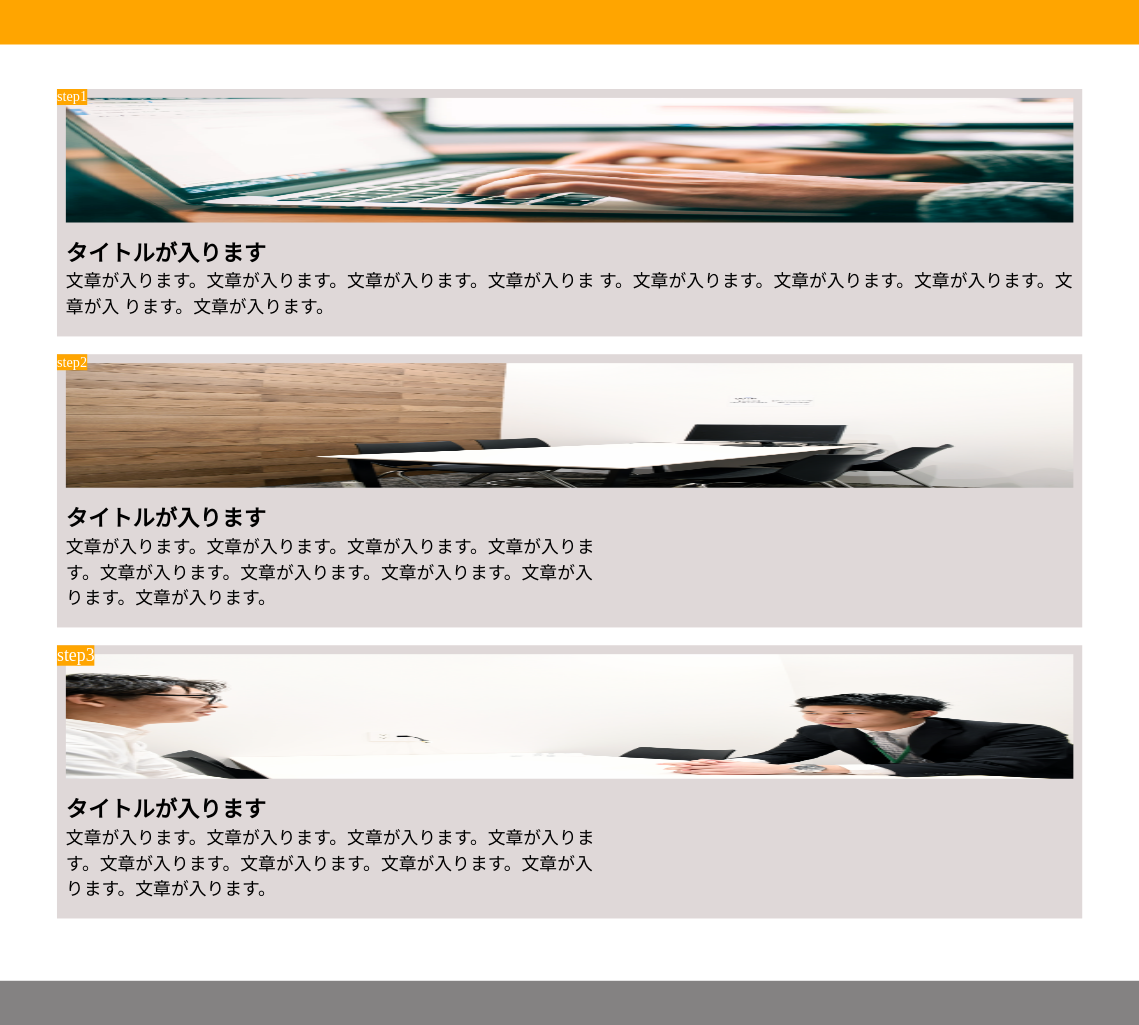
Repository: ishidaryu/ishidaryu
Page: HW/HW.html
The author's editor kept a record of every edit. The page is drawn from the files as they stood at one moment, then again after the next edit.
The browser window is 1280 px wide. The pictures show the whole page, at 89% of full size.

Above is the page before.

After the next edit:
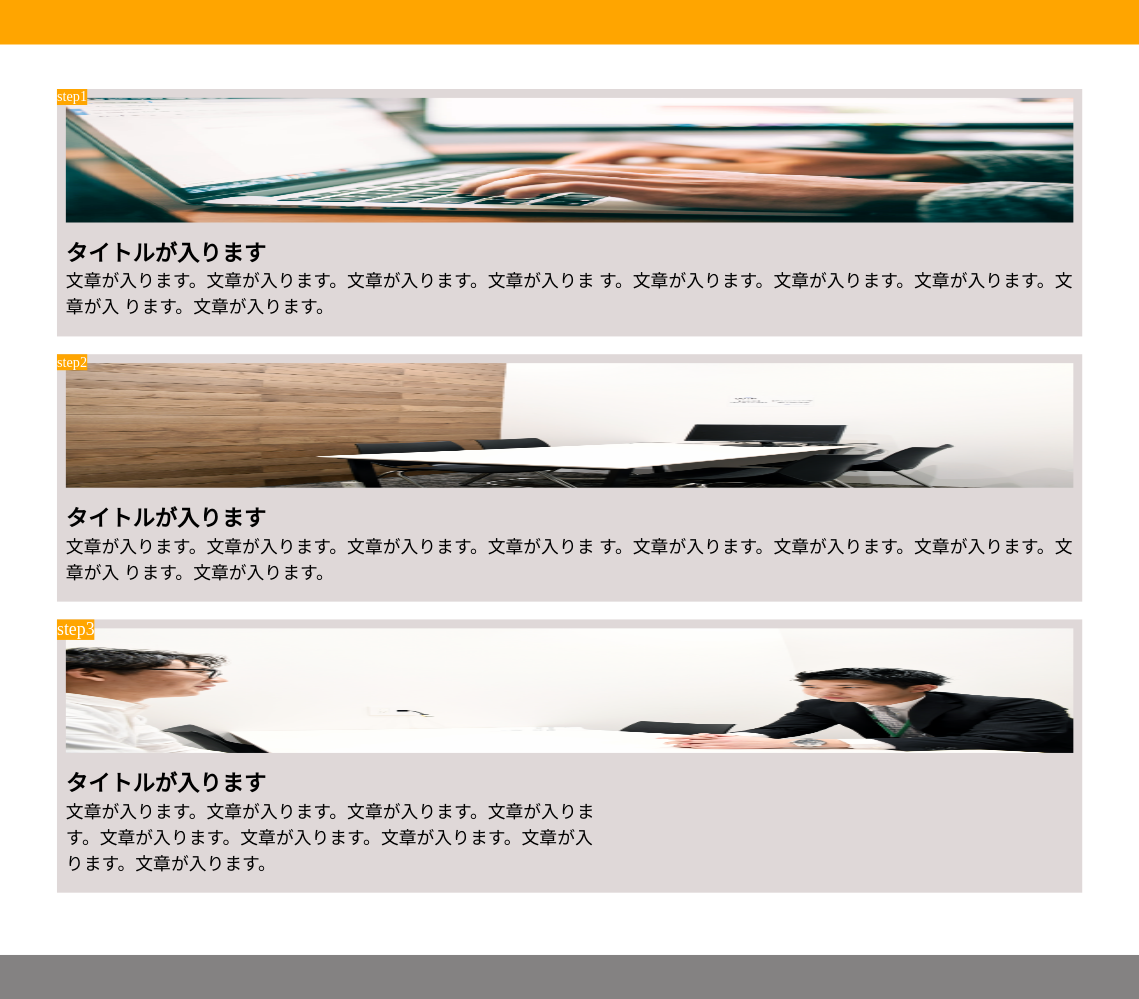
The edit:
--- a/HW/HW.html
+++ b/HW/HW.html
@@ -53,8 +53,8 @@
                     </p>
                   </h3>
                 <p class="blog-date">
-                      文章が入ります。文章が入ります。文章が入ります。文章が入りま<br />
-                      す。文章が入ります。文章が入ります。文章が入ります。文章が入<br />
+                      文章が入ります。文章が入ります。文章が入ります。文章が入りま
+                      す。文章が入ります。文章が入ります。文章が入ります。文章が入
                       ります。文章が入ります。
                 </p>
                 </section>
